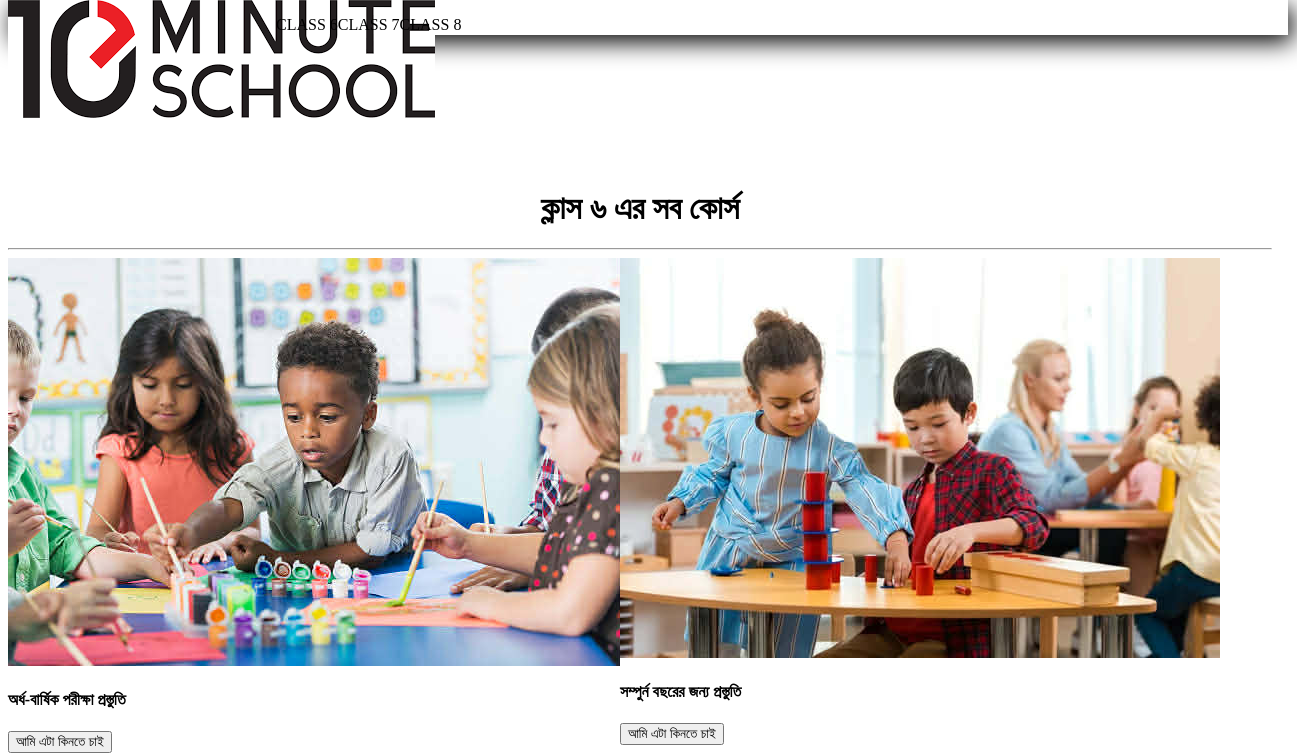
Repository: ridhukhan/10MinuteCourse
Page: /
An editor plug-in stored every save of this project. The page is shown before and after the next save, followed by the edit.
The browser window is 1280 px wide. The page is 1280 px wide, then 1297 px, then 1280 px, so the pictures cover 1297 px, including what lies to the right of the window. The pictures show the whole page.
The project was rebuilt for these pictures with package versions that can differ from the ones it lists, and the page was loaded fresh each time. Also part of the build but not shown: vite.config.js.

Above is the page before, as saved 2025-12-14 19:56:45.

After the next save:
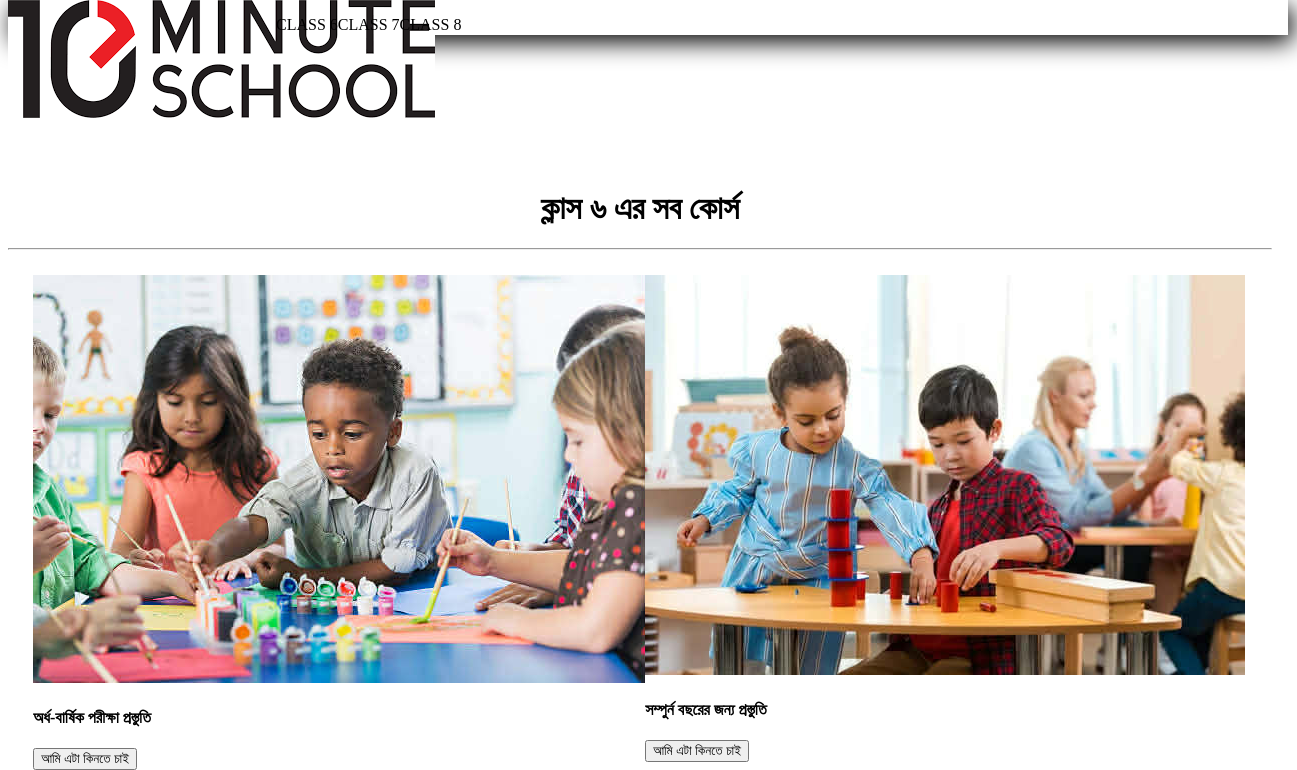
Saved 28 s later.
--- a/src/Component/Class6c.css
+++ b/src/Component/Class6c.css
@@ -2,6 +2,7 @@
     display: flex;
     height: 40vh;
     width: 100%;
+    margin: 2%;
 }
 .class6main .class61i{
     height: 35vh;

After the save that followed:
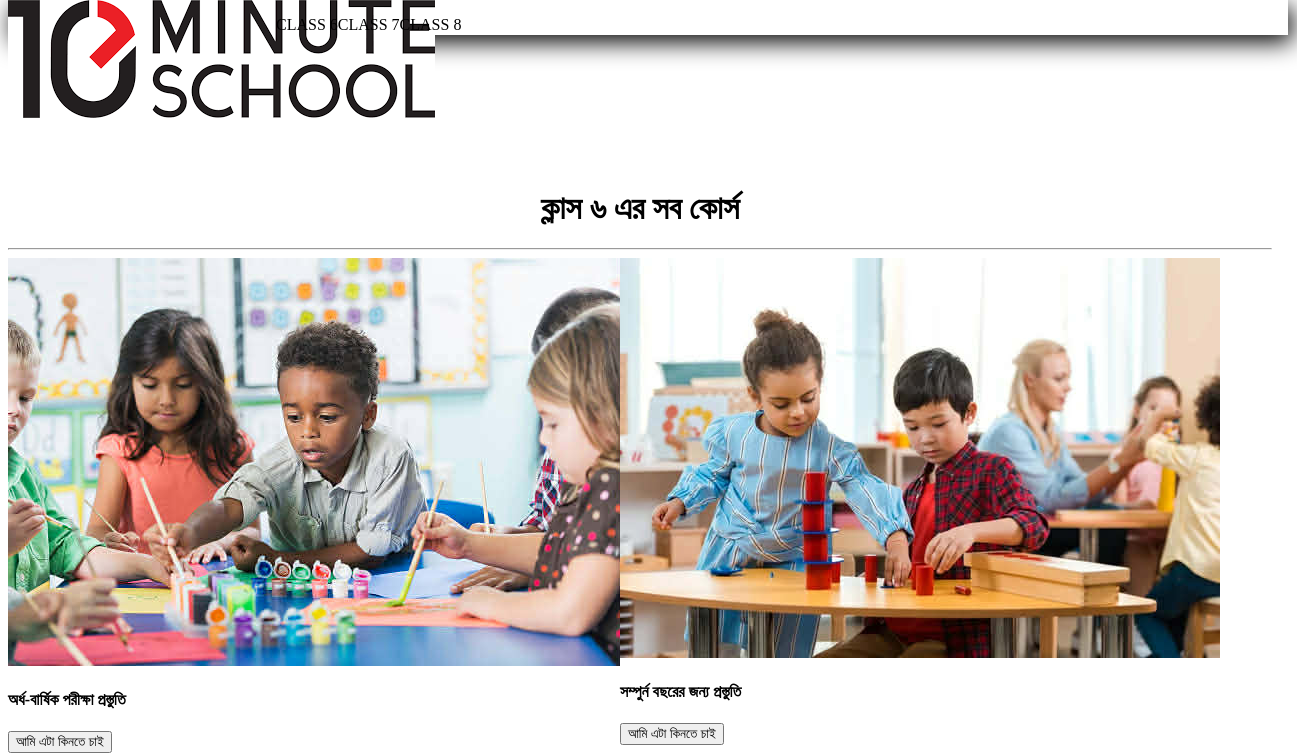
Saved 6 s later.
--- a/src/Component/Class6c.css
+++ b/src/Component/Class6c.css
@@ -2,7 +2,7 @@
     display: flex;
     height: 40vh;
     width: 100%;
-    margin: 2%;
+
 }
 .class6main .class61i{
     height: 35vh;
